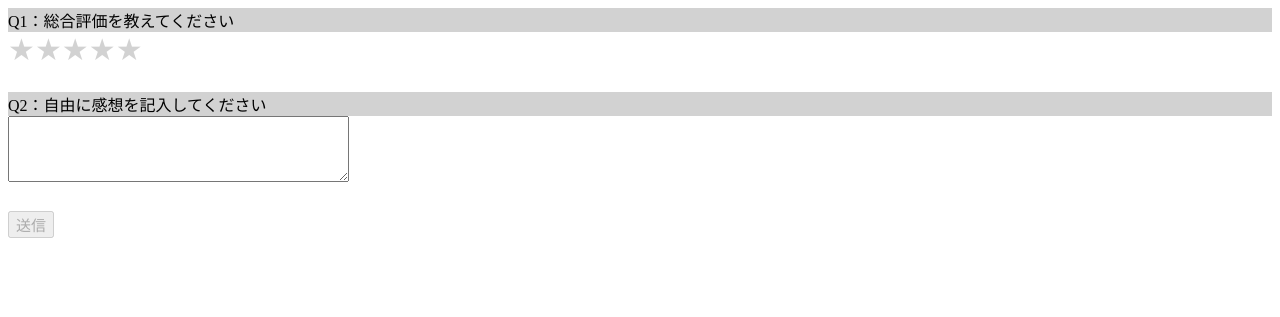
Repository: mikumiura/intern-chatbot
Page: templates/first-page.html
The author's editor kept a copy of each file at every save. The page is drawn from the files as they stood at one save, then again after the next save.
The browser window is 1280 px wide. The pictures show the whole page.

Above is the page before, as saved 2022-08-24 05:12:51.

After the next save:
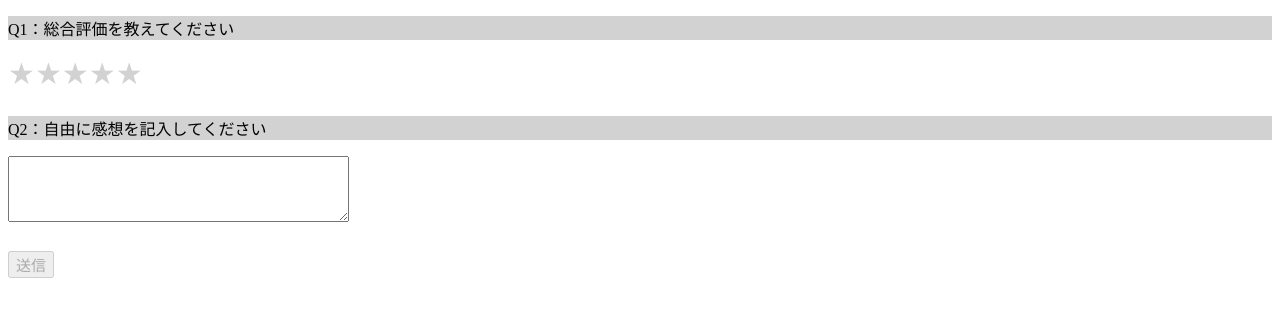
Saved 35 s later.
--- a/templates/first-page.html
+++ b/templates/first-page.html
@@ -17,7 +17,7 @@
 
     <div id = "app">
         <div class="bottom-25">
-            <div class="bgc">Q1：総合評価を教えてください</div>
+            <p class="bgc">Q1：総合評価を教えてください</p>
             <div>
                 <div v-bind:class="{'star-gold':stars[0], 'star-gray':!stars[0]}" v-on:click="star(1)" class="pointer size-30">★</div>
                 <div v-bind:class="{'star-gold':stars[1], 'star-gray':!stars[1]}" v-on:click="star(2)" class="pointer size-30">★</div>
@@ -28,7 +28,7 @@
         </div>
 
         <div class="bottom-25">
-            <div class="bgc">Q2：自由に感想を記入してください</div>
+            <p class="bgc">Q2：自由に感想を記入してください</p>
             <div>
                 <textarea v-model="comment" cols="40" rows="4"></textarea> <!-- v-on:hogehoge（入力に関する処理の感知）でisActive()をtrueに -->
             </div>
